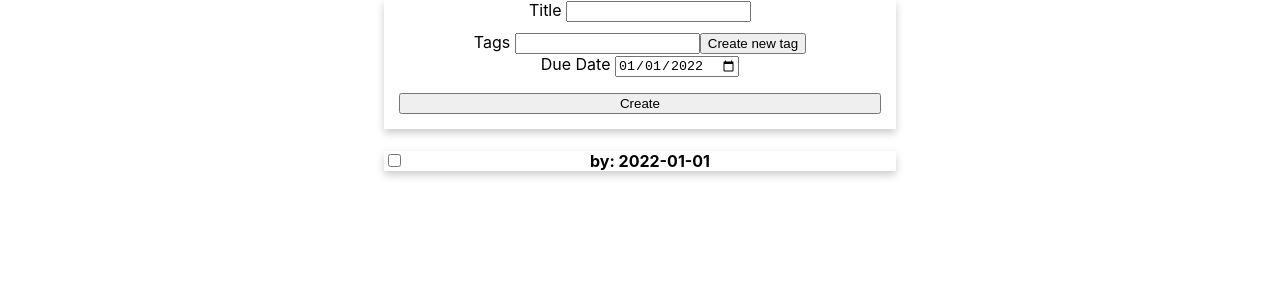
Repository: sanjayMamidipaka/reactappbits
Page: /, after clicking the first element matching `div.submitButton > button`
An editor plug-in stored every save of this project. The page is shown before and after a run of saves, followed by the edit.
The browser window is 1280 px wide. The pictures show the whole page.
The project was rebuilt for these pictures with package versions that can differ from the ones it lists, and the page was loaded fresh each time. Also part of the build but not shown: src/components/Tag.css, src/components/Tag.tsx.

Above is the page before, as saved 2022-01-18 18:06:47.

After the next 3 saves:
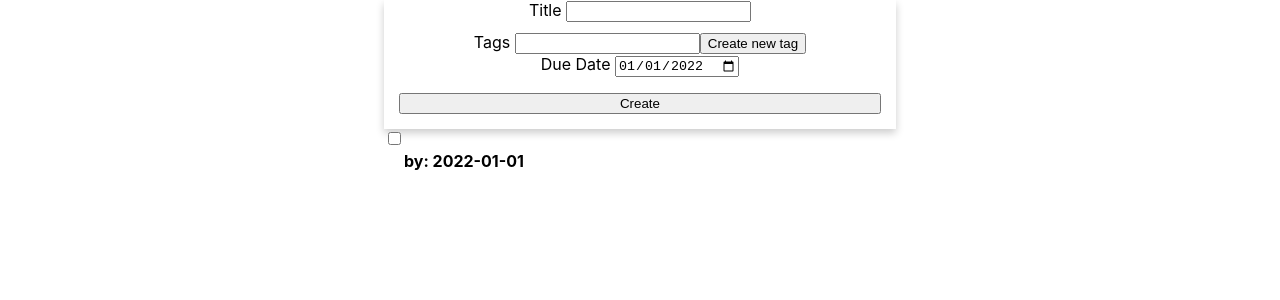
The 3 saves are shown as one change because 1 did not build or start and some came seconds apart.
The last was saved 40 s later.
--- a/src/components/TodoItem.tsx
+++ b/src/components/TodoItem.tsx
@@ -7,7 +7,7 @@ export default function TodoItem({todoListItem, index}: {todoListItem: any, inde
     return (
         <div className="card">
             <input type="checkbox" style={{float: "left"}} />
-            <div className = "parent">
+            <div style={{float: "left"}}>
                 <h1 className="child">{title}</h1>
                 <h4 className="child">by: {dueDate}</h4>
             </div>
